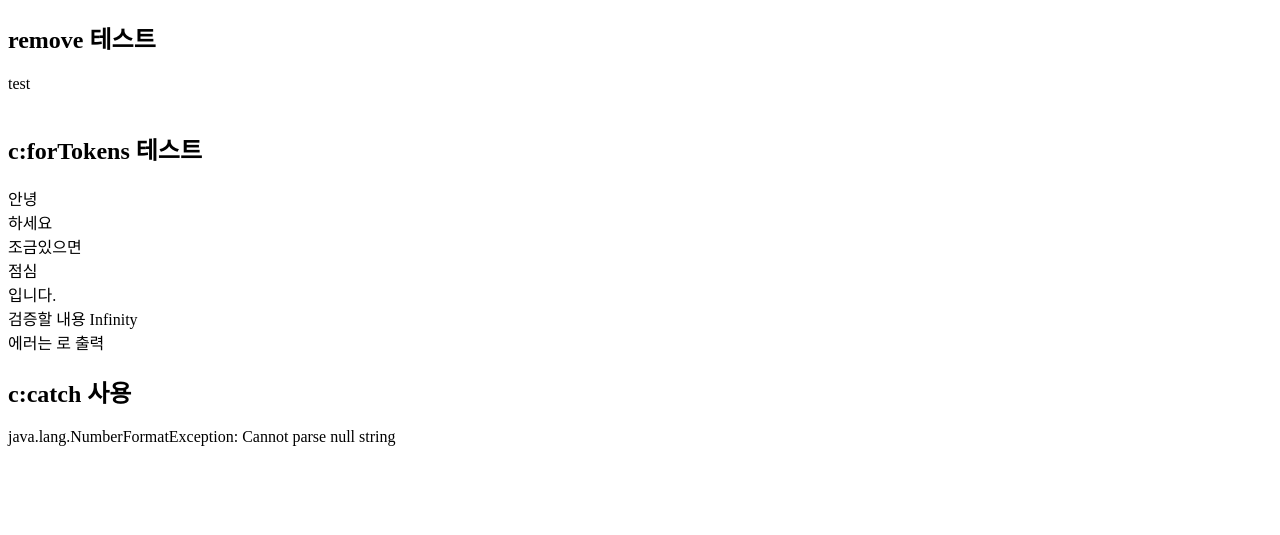
Repository: huntingforheat/JavaProject
Page: http://localhost/myweb/jstl/jstl_etc2.jsp
These files come from the project's save history. The page is drawn as it stood at one moment and after the next save; the edit follows.
The browser window is 1280 px wide. The pictures show the whole page.
The page is served by Tomcat 9.

Above is the page before, as saved 2024-04-17 04:07:27.

After the next save:
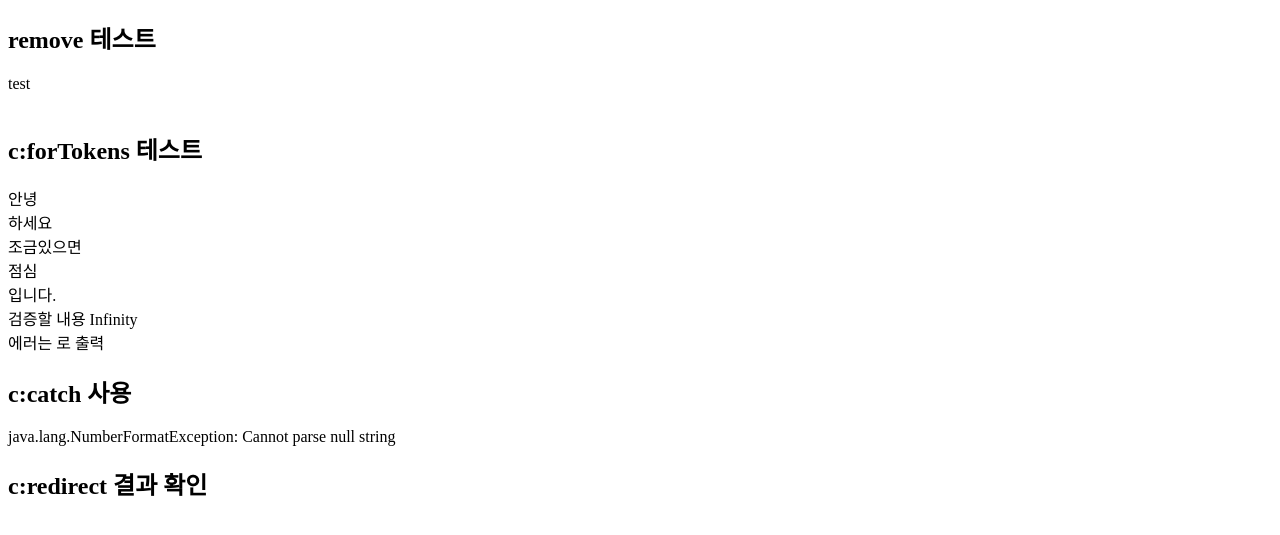
Saved 2 min 2 s later.
--- a/myweb/src/main/webapp/jstl/jstl_etc2.jsp
+++ b/myweb/src/main/webapp/jstl/jstl_etc2.jsp
@@ -32,5 +32,8 @@
 		 	%>
 		 </c:catch>
 		 	${test }<br>
+
+		 <h2>c:redirect 결과 확인</h2>
+		 ${param.abc }<br>
 	</body>
 </html>
